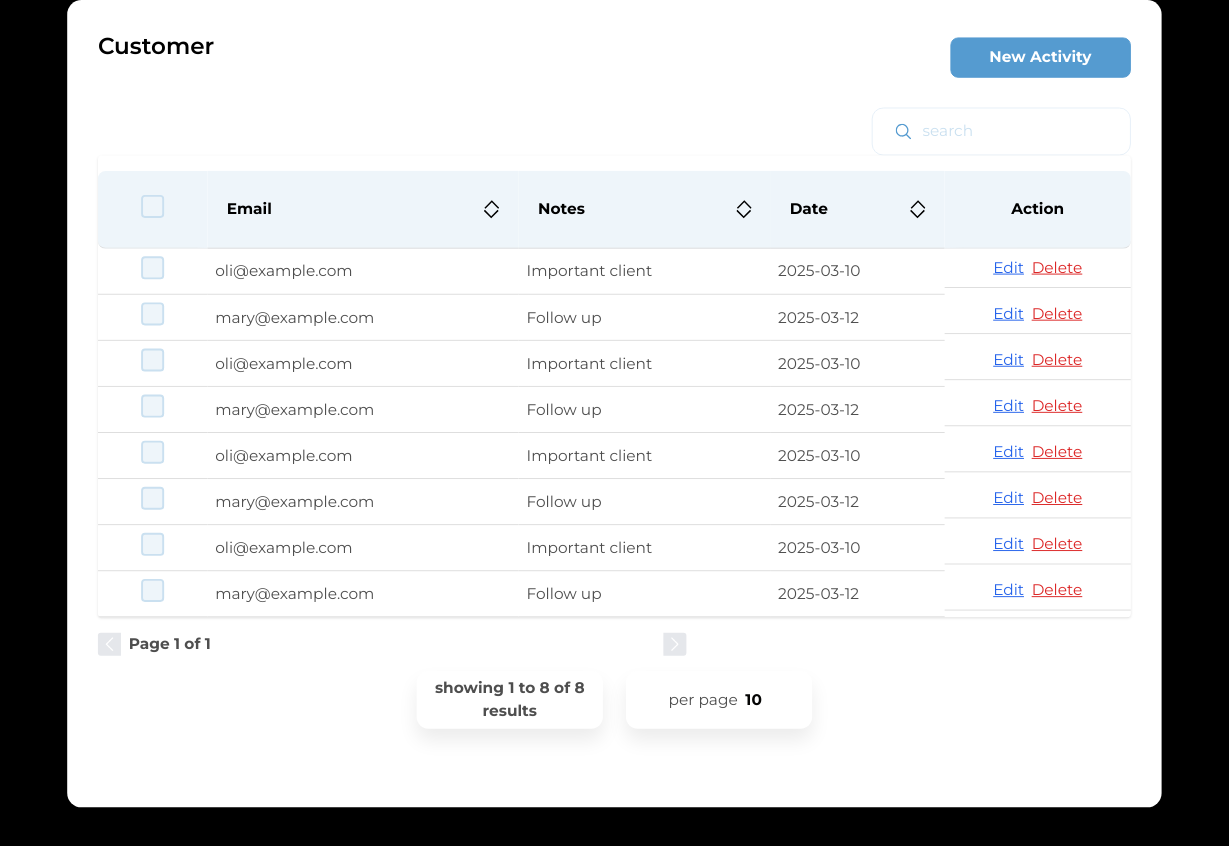
Repository: Abdelrhman-asker-smart/JsdcPIF
Page: tableAcitviy.html
The author's editor kept a copy of each file at every save. The page is drawn from the files as they stood at one save, then again after the next save.
The browser window is 1280 px wide. The pictures show the whole page, at 96% of full size.
Some web libraries are served in a nearby version.

Above is the page before, as saved 2025-03-10 11:08:24.

After the next save:
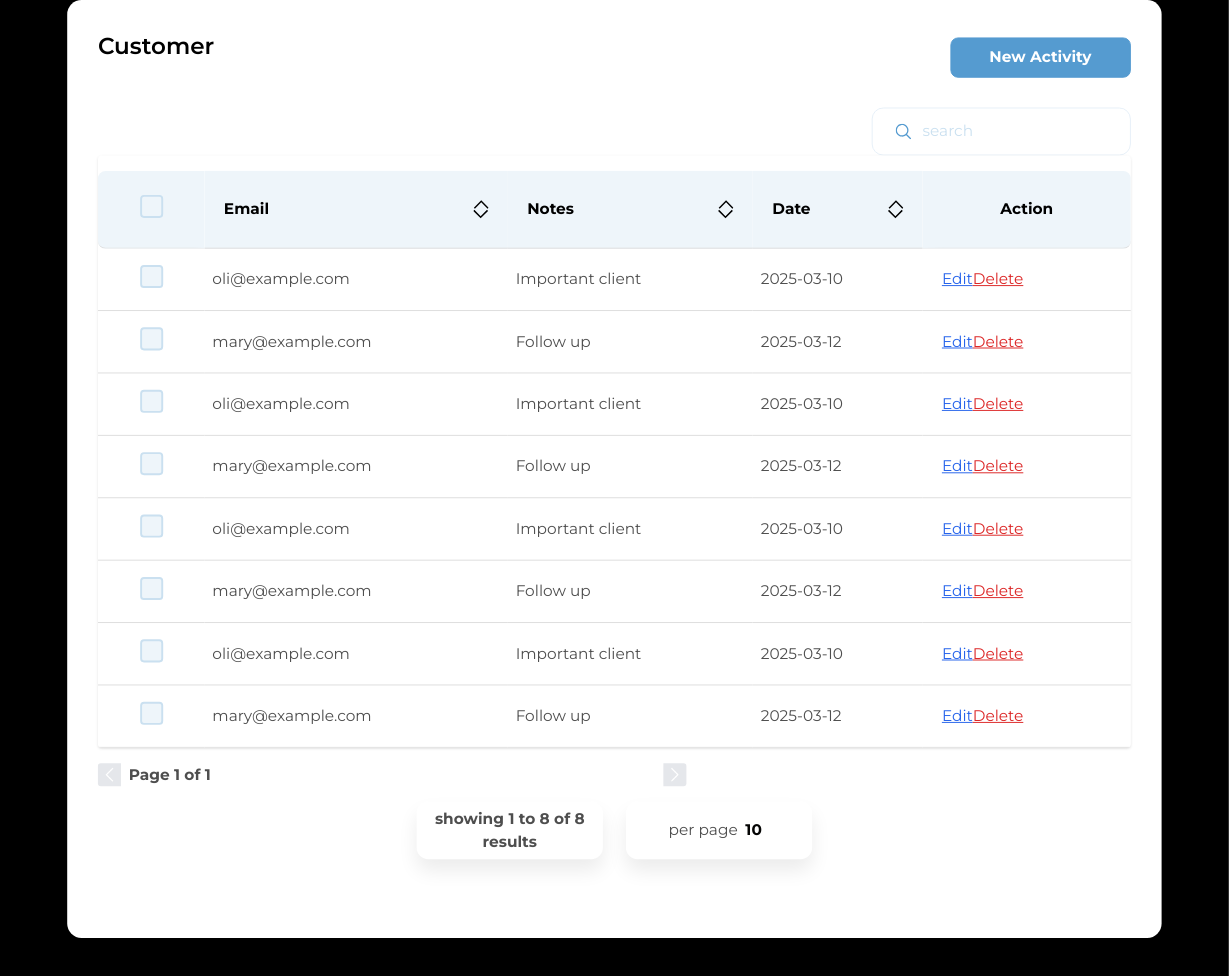
Saved 3 min 40 s later.
--- a/tableAcitviy.html
+++ b/tableAcitviy.html
@@ -462,7 +462,8 @@ New Activity            </button>
 
         // Action cell with Edit and Delete buttons
         const actionCell = document.createElement("td");
-        actionCell.className = "p-2 text-center flex gap-2 items-center justify-center";
+        const actionDiv = document.createElement("div");
+        actionDiv.className = "p-2 text-center flex gap-2 items-center justify-center";
 
         const editBtn = document.createElement("button");
         editBtn.textContent = "Edit";
